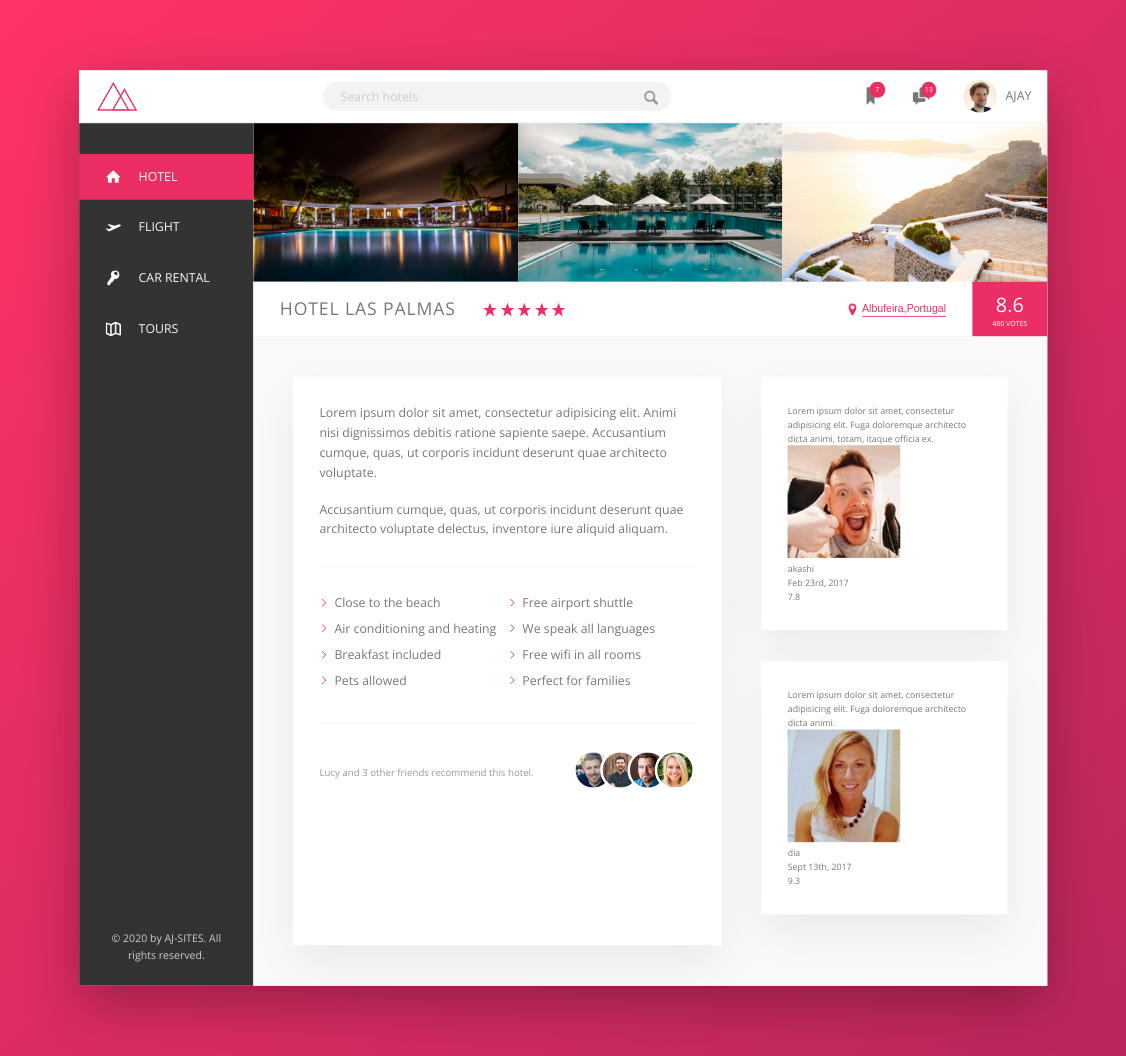
Repository: ajayaj2001/modern-Hotel
Page: /
The author's editor kept a copy of each file at every save. The page is drawn from the files as they stood at one save, then again after the next save.
The browser window is 1280 px wide. The pictures show the whole page, at 88% of full size.
The project was rebuilt for these pictures with package versions that can differ from the ones it lists, and the page was loaded fresh each time.

Above is the page before, as saved 2020-12-13 23:56:51.

### public/index.html
<!DOCTYPE html>
<html lang="en">

<head>
  <meta charset="utf-8" />
  <link rel="icon" href="%PUBLIC_URL%/favicon.ico" />
  <meta name="viewport" content="width=device-width, initial-scale=1" />
  <meta name="theme-color" content="#000000" />
  <meta name="description" content="Web site created using create-react-app" />
  <link rel="apple-touch-icon" href="%PUBLIC_URL%/logo192.png" />
  <link rel="preconnect" href="https://fonts.gstatic.com">
  <link href="https://fonts.googleapis.com/css2?family=Open+Sans:wght@300;400;600&display=swap" rel="stylesheet">
  <!--
      manifest.json provides metadata used when your web app is installed on a
      user's mobile device or desktop. See https://developers.google.com/web/fundamentals/web-app-manifest/
    -->
  <link rel="manifest" href="%PUBLIC_URL%/manifest.json" />
  <!--
      Notice the use of %PUBLIC_URL% in the tags above.
      It will be replaced with the URL of the `public` folder during the build.
      Only files inside the `public` folder can be referenced from the HTML.

      Unlike "/favicon.ico" or "favicon.ico", "%PUBLIC_URL%/favicon.ico" will
      work correctly both with client-side routing and a non-root public URL.
      Learn how to configure a non-root public URL by running `npm run build`.
    -->
  <title>React App</title>
</head>

<body>
  <noscript>You need to enable JavaScript to run this app.</noscript>
  <div id="root"></div>
  <!--
      This HTML file is a template.
      If you open it directly in the browser, you will see an empty page.

      You can add webfonts, meta tags, or analytics to this file.
      The build step will place the bundled scripts into the <body> tag.

      To begin the development, run `npm start` or `yarn start`.
      To create a production bundle, use `npm run build` or `yarn build`.
    -->
</body>

</html>

### src/index.js
import React from 'react';
import ReactDOM from 'react-dom';
import './index.scss';
import App from '../src/app/App';

ReactDOM.render(
  <React.StrictMode>
    <App />
  </React.StrictMode>,
  document.getElementById('root')
);

### src/index.scss
@import "../src/scss/reuse.scss";
* {
  margin: 0;
  padding: 0;
}
:root {
  --color-primary: #eb2f64;
  --color-primary-light: #ff3366;
  --color-primary-dark: #ba265d;

  --color-gray-light-1: #faf9f9;
  --color-gray-light-2: #f4f2f2;
  --color-gray-light-3: #f0eeee;
  --color-gray-light-4: #ccc;

  --color-gray-dark-1: #333;
  --color-gray-dark-2: #777;
  --color-gray-dark-3: #999;

  --line: 1px solid var(--color-gray-light-2);
  --shadow-light: 0 2rem 5rem rgba(0, 0, 0, 0.06);
}
*,
*::before,
*::after {
  box-sizing: inherit;
}
html {
  box-sizing: border-box;
  font-size: 62.5%; //1rem=10px 10px/16px=62.5%
}
body {
  font-family: "Open Sans", sans-serif;
  -webkit-font-smoothing: antialiased;
  -moz-osx-font-smoothing: grayscale;
  font-family: "Open Sans", sans-serif;
  font-weight: 400;
  line-height: 1.6;
  background-image: linear-gradient(to right bottom, var(--color-primary-light), var(--color-primary-dark));
  background-size: cover;
  background-repeat: no-repeat;
  min-height: 100vh;
  color: var(--color-gray-dark-2);
}

### src/app/App.js
import React from 'react';
import Header from '../header/Header';
import Navigation from '../navigation/Navigation'
import Hotelview from '../hotel-view/Hotelview'
import './App.scss';
function App() {
  return (
    <div className="container">
      <Header />
      <div className="content">
        <Navigation />
        <Hotelview />
      </div>
    </div>
  );
}

export default App;

### src/scss/reuse.scss
// variables

// $primary: #eb2f64;
// $primary-light: #ff3366;
// $primary-dark: #ba265d;

// $gray-light-1: #faf9f9;
// $gray-light-2: #f4f2f2;
// $gray-light-3: #f0eeee;

// $gray-dark-1: #333;
// $gray-dark-2: #777;
// $gray-dark-3: #999;

### src/header/Header.js
import React from 'react'
import './Header.scss';
import logo from '../img/logo.png';
import user from '../img/user.jpg';
import svg from '../img/sprite.svg'
const Header = () => {
    return (
        <div className="header">
            <img src={logo} alt="logo" className="logo" />

            <form action="#" className="search">
                <input type="text" className="search__input" placeholder="Search hotels" />
                <button className="search__button">
                    <svg className="search__icon">
                        <use xlinkHref={`${svg}#icon-magnifying-glass`}></use>
                    </svg>
                </button>
            </form>
            <nav className="user-nav">
                <div className="user-nav__icon-box">
                    <svg className="user-nav__icon">
                        <use xlinkHref={`${svg}#icon-bookmark`}></use>
                    </svg>
                    <span className="user-nav__notification">7</span>
                </div>
                <div className="user-nav__icon-box">
                    <svg className="user-nav__icon">
                        <use xlinkHref={`${svg}#icon-chat`}></use>
                    </svg>
                    <span className="user-nav__notification">13</span>
                </div>
                <div className="user-nav__user">
                    <img src={user} alt="user-profile" className="user-nav__user-photo" />
                    <span className="user-nav__user-name">AJAY</span>
                </div>
            </nav>
        </div>
    )
}

export default Header

### src/navigation/Navigation.js
import React from 'react'
import './Navigation.scss'
import svg from '../img/sprite.svg'
const Navigation = () => {
    return (
        <React.Fragment>
            <nav className="sidebar">
                <ul className="side-nav">
                    <li className="side-nav__item side-nav__item--active">
                        <a href="#home" className="side-nav__link">
                            <svg className="side-nav__icon">
                                <use xlinkHref={`${svg}#icon-home`}></use>
                            </svg>
                            <span className="side-nav__text">hotel</span>
                        </a>
                    </li>
                    <li className="side-nav__item">
                        <a href="#flight" className="side-nav__link">
                            <svg className="side-nav__icon">
                                <use xlinkHref={`${svg}#icon-aircraft-take-off`}></use>
                            </svg>
                            <span className="side-nav__text">flight</span>
                        </a>
                    </li>
                    <li className="side-nav__item">
                        <a href="#car-rental" className="side-nav__link">
                            <svg className="side-nav__icon">
                                <use xlinkHref={`${svg}#icon-key`}></use>
                            </svg>
                            <span className="side-nav__text">car rental</span>
                        </a>
                    </li>
                    <li className="side-nav__item">
                        <a href="#tours" className="side-nav__link">
                            <svg className="side-nav__icon">
                                <use xlinkHref={`${svg}#icon-map`}></use>
                            </svg>
                            <span className="side-nav__text">tours</span>
                        </a>
                    </li>
                </ul>
                <div className="legal">
                    &copy; 2020 by AJ-SITES. All rights reserved.
                </div>
            </nav>
        </React.Fragment>
    )
}

export default Navigation

### src/hotel-view/Hotelview.js
import React from 'react'
import Detail from './detail/Detail'
import './Hotelview.scss'
import Overview from './overview/Overview'
const Hotelview = () => {
    return (
        <React.Fragment>
            <main className="hotelview">
                <Overview />
                <Detail />
            </main>
        </React.Fragment>
    )
}

export default Hotelview

### src/app/App.scss
.container {
    max-width: 110rem;
    margin: 8rem auto;
    background-color: var(--color-gray-light-2);
    box-shadow: 0 2rem 6rem rgba(black, 0.3);
    min-height: 50rem;
}
.content {
    display: flex;
}

### src/header/Header.scss
.header {
    height: 6rem;
    background-color: #fff;
    border-bottom: var(--line);
    display: flex;
    justify-content: space-between;
    align-items: center;
}
.logo {
    height: 3.25rem;
    margin-left: 2rem;
}
.search {
    display: flex;
    flex: 0 0 40%;
    align-items: center;
    justify-content: center;

    &__input {
        font-family: inherit;
        font-size: 1.4rem;
        color: inherit;
        background-color: var(--color-gray-light-2);
        border: none;
        padding: 0.7rem 2rem;
        border-radius: 10rem;
        width: 90%;
        transition: all 0.3s;
        margin-right: -3.25rem;
        &:focus {
            outline: none;
            width: 100%;
            background-color: var(--color-gray-light-3);
        }
        &::-webkit-input-placeholder {
            font-weight: 100;
            color: var(--color-gray-light-4);
        }
    }
    &__input:focus + &__button {
        background-color: var(--color-gray-light-3);
    }
    &__button {
        height: 2.8rem;
        border: none;
        background-color: var(--color-gray-light-2);
        &:focus {
            outline: none;
        }
        &:active {
            transform: translateY(2px);
        }
    }
    &__icon {
        height: 3rem;
        width: 2rem;
        fill: var(--color-gray-dark-3);
    }
}

.user-nav {
    align-self: stretch;
    display: flex;
    align-items: center;
    cursor: pointer;
    & > * {
        height: 100%;
        padding: 0 1.8rem;
        display: flex;
        align-items: center;
    }
    & > *:hover {
        background-color: var(--color-gray-light-2);
    }
    &__icon-box {
        position: relative;
    }
    &__icon {
        height: 2.25rem;
        width: 2.25rem;
        fill: var(--color-gray-dark-2);
    }
    &__notification {
        font-size: 0.8rem;
        height: 1.75rem;
        width: 1.75rem;
        border-radius: 50%;
        background-color: var(--color-primary);
        color: #fff;
        position: absolute;
        top: 1.3rem;
        right: 1.3rem;
        display: flex;
        justify-content: center;
        align-items: center;
    }
    &__user-photo {
        height: 3.75rem;
        border-radius: 50%;
        margin-right: 1rem;
    }
    &__user-name {
        font-size: 1.4rem;
    }
}

### src/navigation/Navigation.scss
.sidebar {
    background-color: var(--color-gray-dark-1);
    flex: 0 0 18%;
    display: flex;
    flex-direction: column;
    justify-content: space-between;
}
.side-nav {
    font-size: 1.4rem;
    list-style: none;
    margin-top: 3.5rem;
    &__item {
        position: relative;
        &:not(:last-child) {
            margin-bottom: 0.5rem;
        }
    }
    &__item::before {
        content: "";
        position: absolute;
        top: 0;
        left: 0;
        height: 100%;
        width: 3px;
        background-color: var(--color-primary);
        transform: scaleY(0);
        transition: transform 0.2s, width 0.4s cubic-bezier(1, 0, 0, 1) 0.2s, background-color 0.1s;
    }
    &__item:hover::before,
    &__item--active::before {
        transform: scaleY(1);
        width: 100%;
    }
    &__item:active::before {
        background-color: var(--color-primary-light);
    }
    &__link:link,
    &__link:visited {
        position: relative;
        color: var(--color-gray-light-1);
        text-decoration: none;
        text-transform: uppercase;
        display: block;
        padding: 1.5rem 3rem;
        display: flex;
        align-items: center;
        z-index: 20;
    }
    &__icon {
        width: 1.75rem;
        height: 1.75rem;
        fill: currentColor;
        margin-right: 2rem;
    }
}
.legal {
    font-size: 1.2rem;
    text-align: center;
    padding: 2.5rem;
    color: var(--color-gray-light-4);
}

### src/hotel-view/detail/Detail.js
import React from 'react'
import './Detail.scss'
import Review from './review/Review'
import frnd1 from '../../img/user-3.jpg'
import frnd2 from '../../img/user-4.jpg'
import frnd3 from '../../img/user-5.jpg'
import frnd4 from '../../img/user-6.jpg'
import rev1 from '../../img/user-1.jpg'
import rev2 from '../../img/user-2.jpg'
const Detail = () => {
    return (
        <div className="detail">
            <div className="description">
                <p className="paragraph">
                    Lorem ipsum dolor sit amet, consectetur adipisicing elit. Animi nisi
                    dignissimos debitis ratione sapiente saepe. Accusantium cumque, quas, ut corporis
                    incidunt deserunt quae architecto voluptate.
                </p>
                <p className="paragraph">
                    Accusantium cumque, quas, ut corporis incidunt deserunt quae architecto voluptate
                    delectus, inventore iure aliquid aliquam.
                </p>
                <ul className="list">
                    <li className="list__item">Close to the beach</li>
                    <li className="list__item">Free airport shuttle</li>
                    <li className="list__item">Air conditioning and heating</li>
                    <li className="list__item">We speak all languages</li>
                    <li className="list__item">Breakfast included</li>
                    <li className="list__item">Free wifi in all rooms</li>
                    <li className="list__item">Pets allowed</li>
                    <li className="list__item">Perfect for families</li>
                </ul>
                <div className="recommend">
                    <p className="recommend__count">Lucy and 3 other friends recommend this hotel.</p>
                    <div className="recommend__friends">
                        <img src={frnd1} alt="friends" className="recommend__photo" />
                        <img src={frnd2} alt="friends" className="recommend__photo" />
                        <img src={frnd3} alt="friends" className="recommend__photo" />
                        <img src={frnd4} alt="friends" className="recommend__photo" />
                    </div>
                </div>
            </div>
            <figure className="user-review">
                <Review
                    name="akashi"
                    text="Lorem ipsum dolor
                     sit amet, consectetur adipisicing elit.
                     Fuga doloremque architecto dicta animi,
                     totam, itaque officia ex."
                    date="Feb 23rd, 2017"
                    image={rev1}
                    rating="7.8"
                />
                <Review
                    name="dia"
                    text="Lorem ipsum dolor sit amet, consectetur
                     adipisicing elit. Fuga doloremque architecto
                      dicta animi."
                    date="Sept 13th, 2017"
                    image={rev2}
                    rating="9.3"
                />
            </figure>
        </div>
    )
}

export default Detail

### src/hotel-view/Hotelview.scss
.hotelview {
    background-color: #fff;
    flex: 1;
}

### src/hotel-view/overview/Overview.js
import React from 'react'
import './Overview.scss'
import hotel1 from '../../img/hotel-1.jpg'
import hotel2 from '../../img/hotel-2.jpg'
import hotel3 from '../../img/hotel-3.jpg'
import svg from '../../img/sprite.svg'
const Overview = () => {
    return (
        <React.Fragment>
            <div className="gallery">
                <figure className="gallery__item">
                    <img src={hotel1} alt="hotel building" className="gallery__photo" />
                </figure>
                <figure className="gallery__item">
                    <img src={hotel2} alt="hotel building" className="gallery__photo" />
                </figure>
                <figure className="gallery__item">
                    <img src={hotel3} alt="hotel building" className="gallery__photo" />
                </figure>
            </div>
            <div className="overview">
                <h1 className="overview__heading">
                    HOTEL LAS PALMAS
                </h1>
                <div className="overview__stars">
                    <svg className="overview__icon-star">
                        <use xlinkHref={`${svg}#icon-star`}></use>
                    </svg>
                    <svg className="overview__icon-star">
                        <use xlinkHref={`${svg}#icon-star`}></use>
                    </svg>
                    <svg className="overview__icon-star">
                        <use xlinkHref={`${svg}#icon-star`}></use>
                    </svg>
                    <svg className="overview__icon-star">
                        <use xlinkHref={`${svg}#icon-star`}></use>
                    </svg>
                    <svg className="overview__icon-star">
                        <use xlinkHref={`${svg}#icon-star`}></use>
                    </svg>
                </div>
                <div className="overview__location">
                    <svg className="overview__icon-location">
                        <use xlinkHref={`${svg}#icon-location-pin`}></use>
                    </svg>
                    <button className="btn-inline">Albufeira,Portugal</button>
                </div>
                <div className="overview__rating">
                    <div className="overview__rating-average">8.6</div>
                    <div className="overview__rating-count">480 votes</div>
                </div>
            </div>
        </React.Fragment>
    )
}

export default Overview

### src/hotel-view/detail/Detail.scss
.detail {
    display: flex;
    padding: 4.5rem;
    background-color: var(--color-gray-light-1);
    border-bottom: var(--line);
}
.description {
    flex: 0 0 60%;
    background-color: #fff;
    margin-right: 4.5rem;
    box-shadow: var(--shadow-light);
    padding: 3rem;
    font-size: 1.4rem;
}
.user-review {
    flex: 1;
}
.paragraph:not(:last-of-type) {
    margin-bottom: 2rem;
}
.list {
    margin: 3rem 0;
    list-style: none;
    padding: 3rem 0;
    border-top: var(--line);
    border-bottom: var(--line);
    display: flex;
    flex-wrap: wrap;
    &__item {
        width: 50%;
        margin-bottom: 0.7rem;
    }
    &__item::before {
        content: "";
        display: inline-block;
        height: 1rem;
        width: 1rem;
        margin-right: 0.7rem;
        // background-image: url(../../img/chevron-thin-right.svg);
        // background-size: cover;
        background-color: var(--color-primary);
        -webkit-mask-image: url(../../img/chevron-thin-right.svg);
        -webkit-mask-size: cover;
        mask-image: url(../../img/chevron-thin-right.svg);
        mask-size: cover;
    }
}
.recommend {
    font-size: 1.1rem;
    color: var(--color-gray-dark-3);
    display: flex;
    align-items: center;
    // justify-content: space-between;
    &__count {
        margin-right: auto;
    }
    &__photo {
        box-sizing: content-box;
        height: 4rem;
        width: 4rem;
        border-radius: 50%;
        border: 3px solid #fff;
        &:not(:last-child) {
            margin-right: -1.5rem;
        }
    }
}

### src/hotel-view/detail/review/Review.js
import React from 'react'
import './Review.scss'
const Review = (props) => {
    return (
        <React.Fragment>
            <figure className="review" >
                <blockquote className="review__text">
                    {props.text}
                </blockquote>
                <figcaption className="review__user">
                    <img src={props.image} alt="reviewer" className="review__photo" />
                    <div className="review__user-box">
                        <p className="review__user-name">{props.name}</p>
                        <p className="review__user-date">{props.date}</p>
                    </div>
                    <div className="review__rating">{props.rating}</div>
                </figcaption>
            </figure>
        </React.Fragment>
    )
}

export default Review

### src/hotel-view/overview/Overview.scss
.gallery {
    display: flex;
    &__photo {
        width: 100%;
        display: block;
    }
}

.overview {
    background-color: white;
    display: flex;
    align-items: center;
    border-bottom: var(--line);
    &__heading {
        font-size: 2rem;
        font-weight: 300;
        text-transform: uppercase;
        letter-spacing: 1px;
        padding: 1.5rem 3rem;
    }
    &__stars {
        margin-right: auto;
        display: flex;
    }
    &__icon-star,
    &__icon-location {
        width: 1.75rem;
        height: 1.75rem;
        fill: var(--color-primary);
        margin-right: 0.2rem;
    }
    &__location {
        font-size: 1.2rem;
        display: flex;
        align-items: center;
    }
    &__rating {
        align-self: stretch;
        align-items: center;
        background-color: var(--color-primary);
        padding: 0 2.25rem;
        color: #fff;

        display: flex;
        flex-direction: column;
        align-items: center;
        justify-content: center;
        margin-left: 3rem;
        &-average {
            font-size: 2.25rem;
            font-weight: 300;
            margin-bottom: -3px;
        }
        &-count {
            font-size: 0.8rem;
            text-transform: uppercase;
        }
    }
}

.btn-inline {
    border: none;
    color: var(--color-primary);
    font-size: inherit;
    border-bottom: 1px solid currentColor;
    padding-bottom: 2px;
    display: inline-block;
    background-color: transparent;
    cursor: pointer;
    transition: all 0.2s;
    &:hover {
        color: var(--color-gray-dark-1);
    }

    &:focus {
        outline: none;
        animation: pulsate 1s infinite;
    }
}

@keyframes pulsate {
    0% {
        transform: scale(1);
        box-shadow: none;
    }
    50% {
        transform: scale(1.03);
        box-shadow: 0 1rem 1rem rgba(0, 0, 0, 0.25);
    }
    100% {
        transform: scale(1);
        box-shadow: none;
    }
}

### src/hotel-view/detail/review/Review.scss
.review {
    background-color: #fff;
    box-shadow: var(--shadow-light);
    padding: 3rem;
    margin-bottom: 3.5rem;
    &__text {
    }
    &__user {
    }
    &__user-box {
    }
    &__user-name {
    }
    &__user-date {
    }
    &__photo {
    }
    &__rating {
    }
}

After the next save:
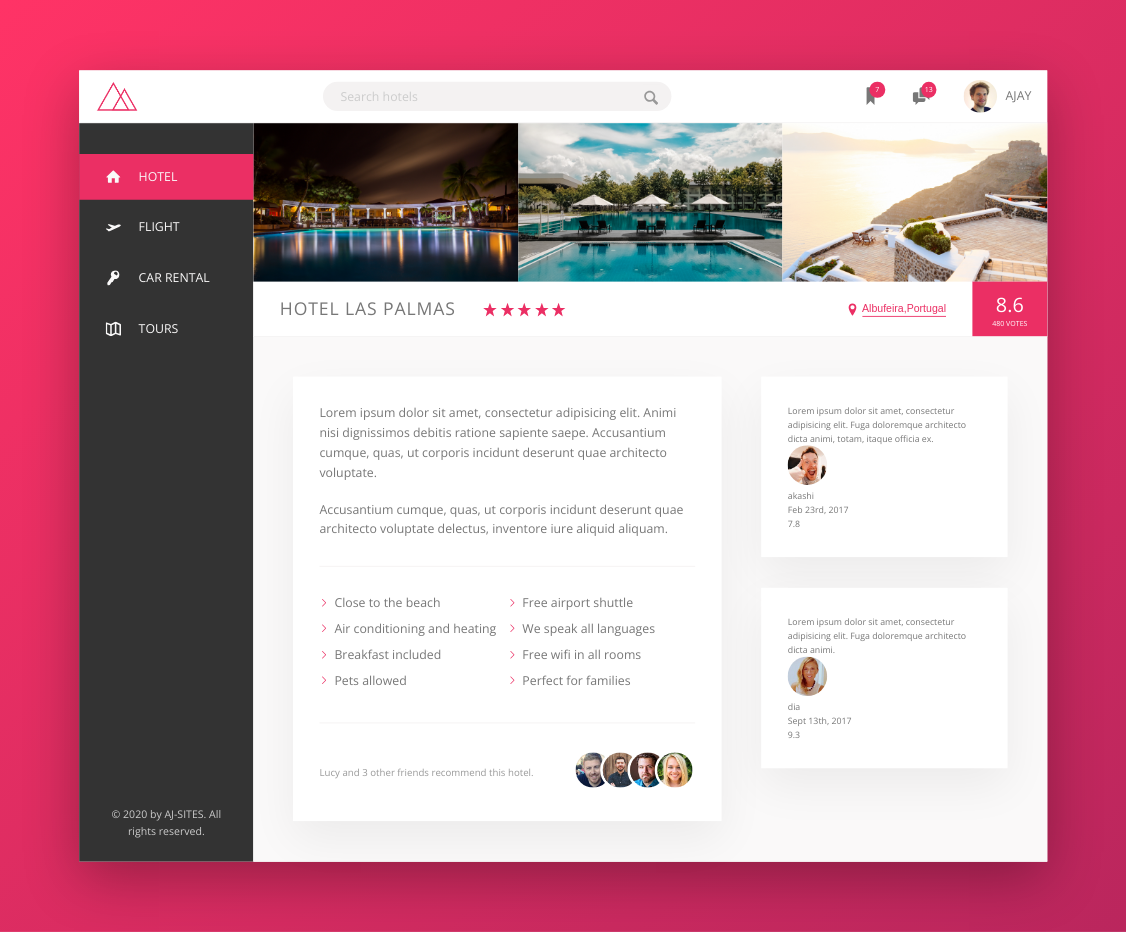
Saved 68 s later.
--- a/src/hotel-view/detail/review/Review.scss
+++ b/src/hotel-view/detail/review/Review.scss
@@ -14,6 +14,9 @@
     &__user-date {
     }
     &__photo {
+        height: 4.5rem;
+        width: 4.5rem;
+        border-radius: 50%;
     }
     &__rating {
     }
